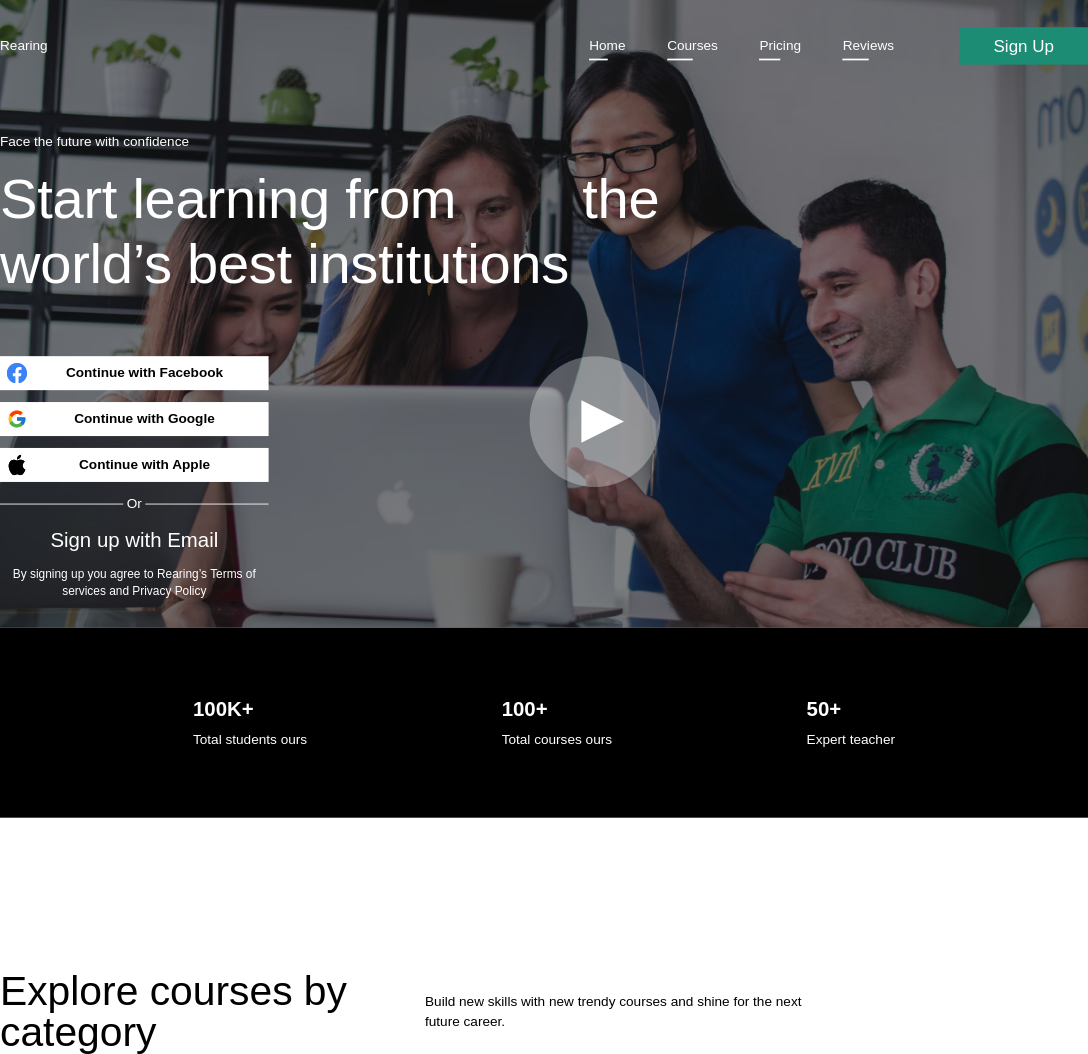
Repository: vandangnhathung/educationplatform
Page: /
These files come from the project's save history. The page is drawn as it stood at one moment and after a run of saves; the edit follows.
The browser window is 1280 px wide. The pictures show the whole page, at 85% of full size.
The project was rebuilt for these pictures with package versions that can differ from the ones it lists, and the page was loaded fresh each time.

Above is the page before, as saved 2022-06-21 09:10:59.

After the next 2 saves:
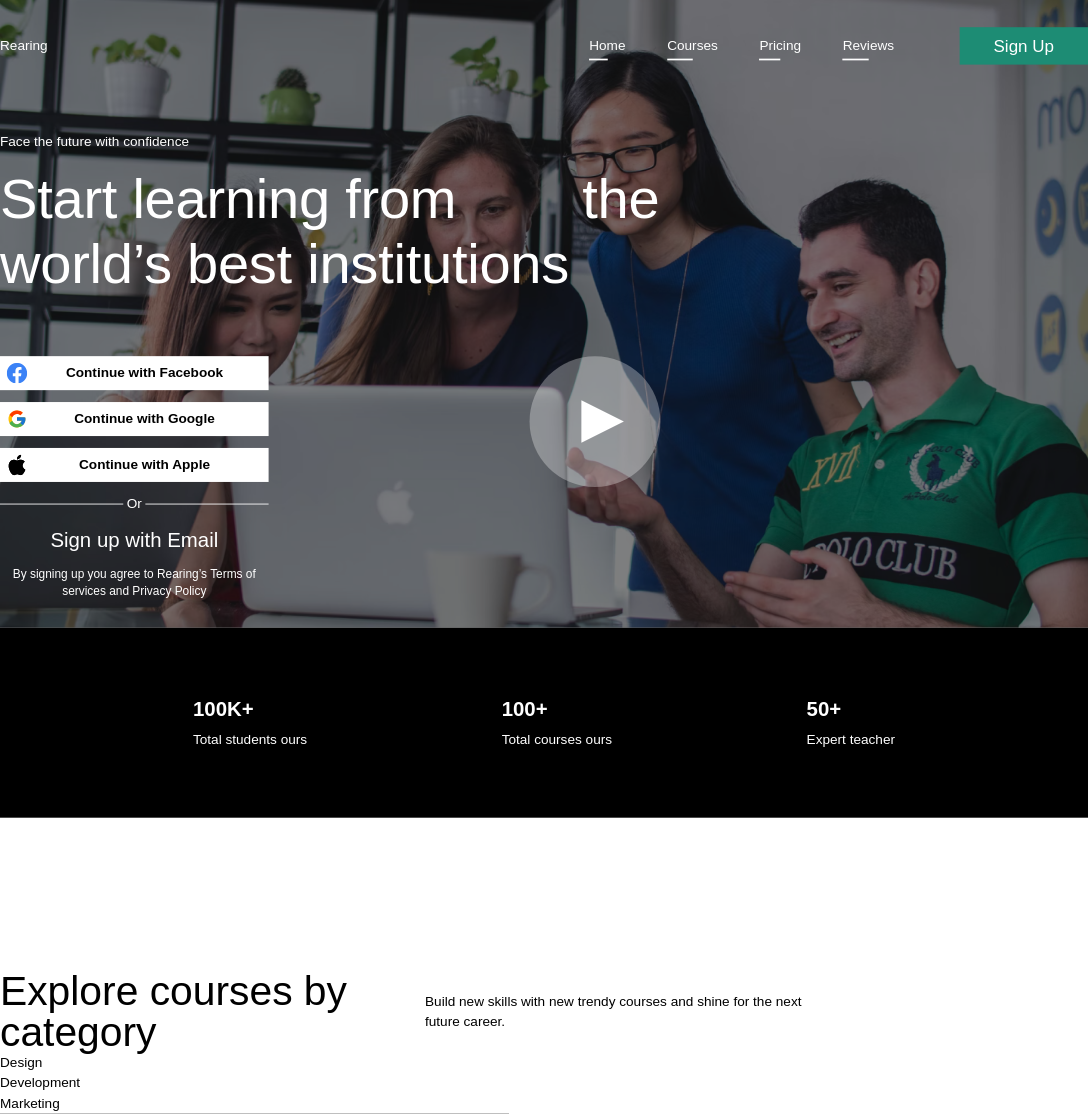
The 2 saves are shown as one change because they came seconds apart.
The last was saved 16 s later.
--- a/src/components/category/CategoryName.js
+++ b/src/components/category/CategoryName.js
@@ -3,7 +3,7 @@
 
 const CategoryNameStyles = styled.div``;
 const CategoryName = ({ name = "" }) => {
-  return <CategoryNameStyles name={name}></CategoryNameStyles>;
+  return <CategoryNameStyles>{name}</CategoryNameStyles>;
 };
 
 export default CategoryName;

After the save that followed:
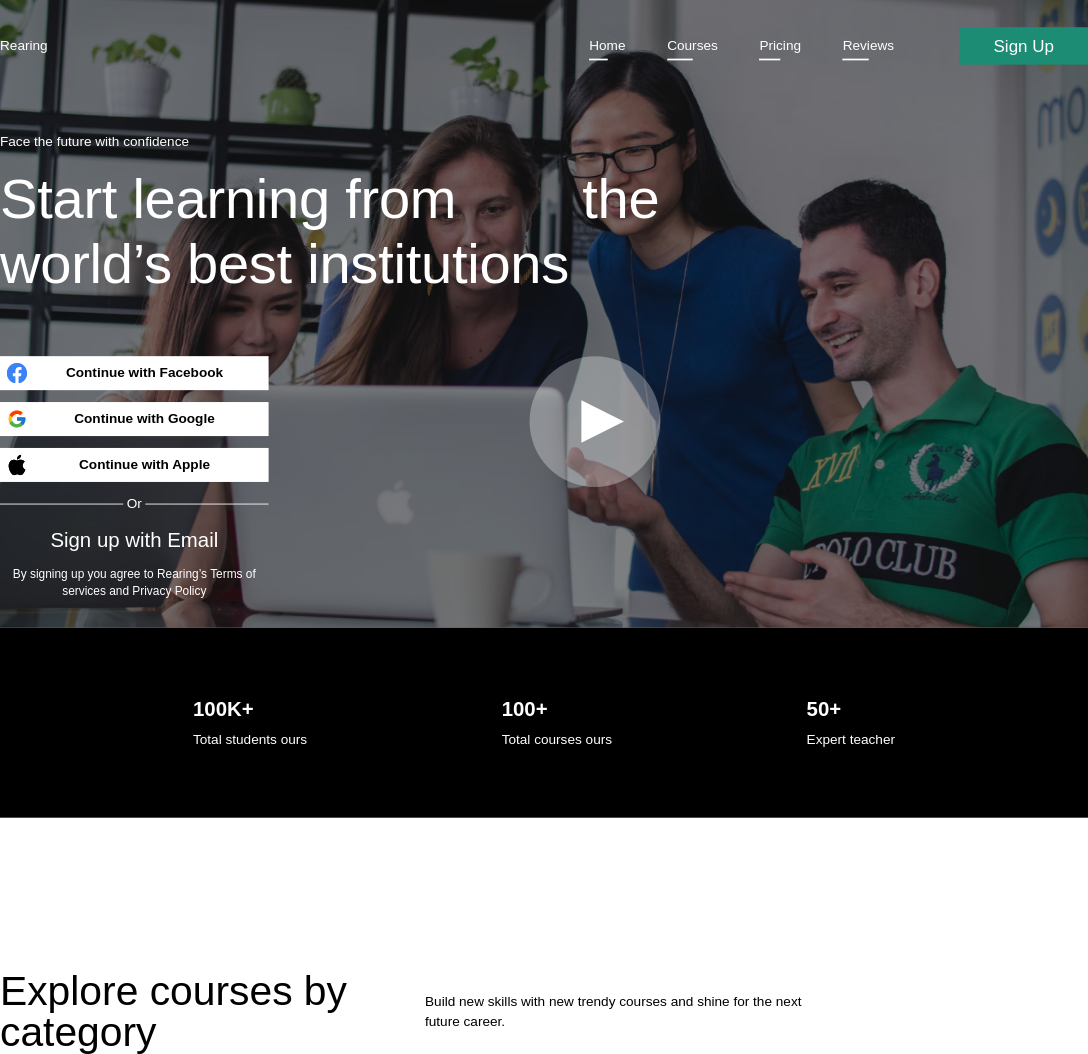
Saved 4 s later.
--- a/src/components/category/CategoryName.js
+++ b/src/components/category/CategoryName.js
@@ -3,7 +3,7 @@
 
 const CategoryNameStyles = styled.div``;
 const CategoryName = ({ name = "" }) => {
-  return <CategoryNameStyles>{name}</CategoryNameStyles>;
+  return <CategoryNameStyles></CategoryNameStyles>;
 };
 
 export default CategoryName;
